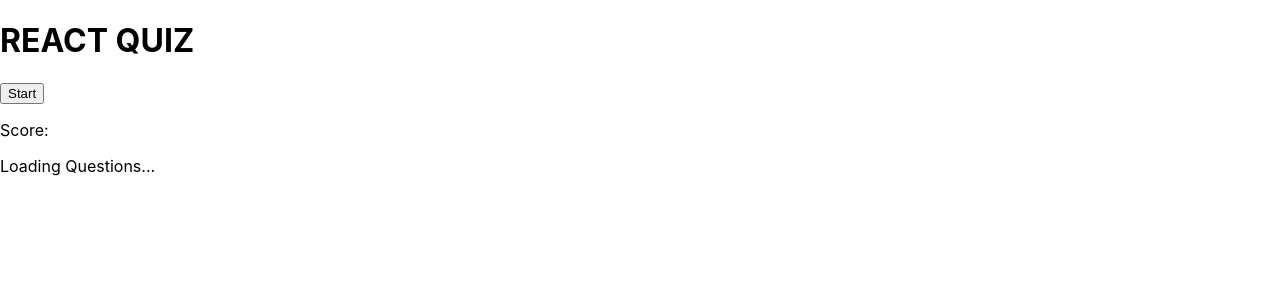
Repository: KrzysKolo/quizAPP
Page: /
An editor plug-in stored every save of this project. The page is shown before and after the next save, followed by the edit.
The browser window is 1280 px wide. The pictures show the whole page.
The project was rebuilt for these pictures with package versions that can differ from the ones it lists, and the page was loaded fresh each time.

Above is the page before, as saved 2021-04-23 18:59:47.

After the next save:
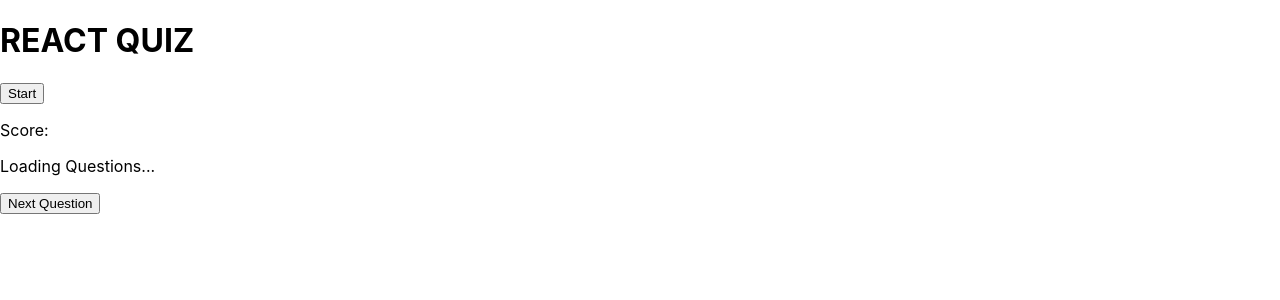
Saved 9 min 51 s later.
--- a/src/App.tsx
+++ b/src/App.tsx
@@ -1,4 +1,5 @@
 import React from 'react'
+import QuestionCard from './components/QuestionCard';
 
 const App = () => {
   const startTrivia = async () => {
@@ -19,6 +20,10 @@
       </button>
       <p className="score">Score: </p>
       <p >Loading Questions... </p>
+      <QuestionCard />
+      <button className="next" onClick={nextQuestion}>
+        Next Question
+      </button>
     </div>
   )
 }
